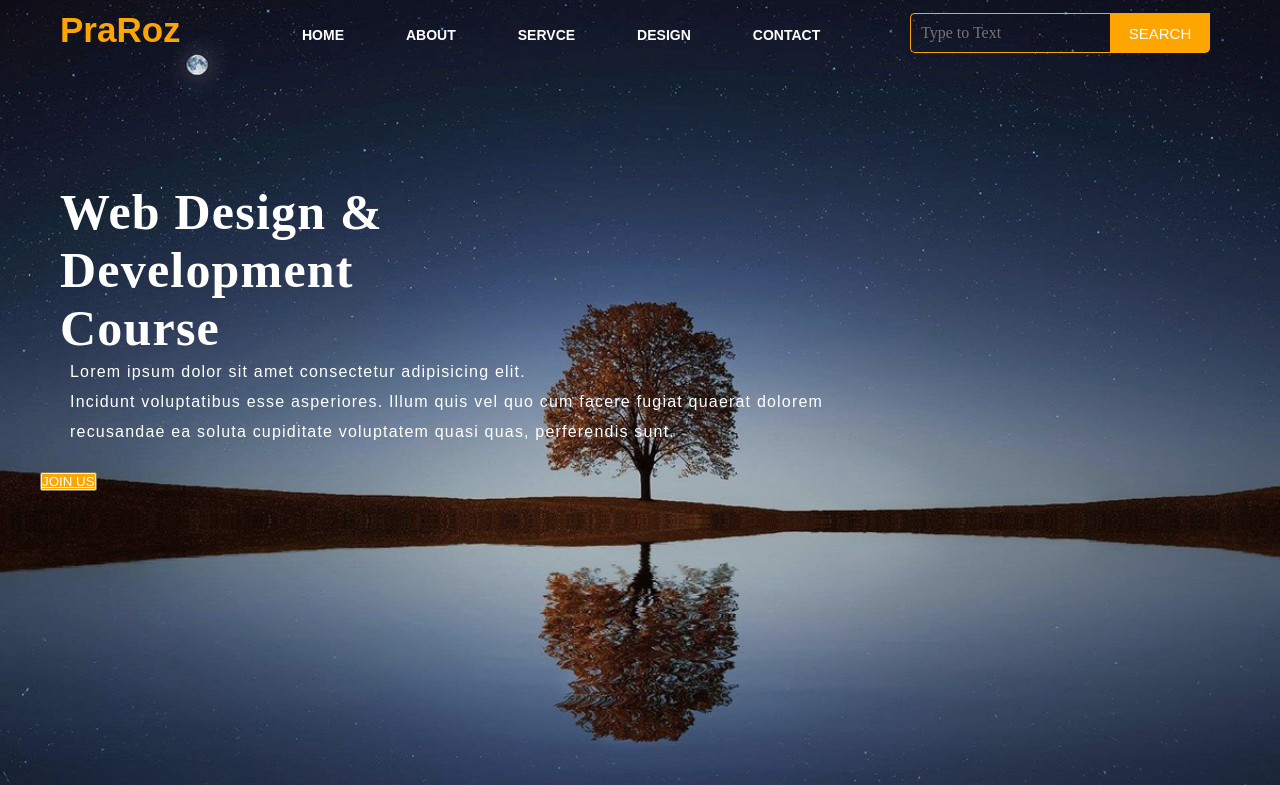
Repository: HuynhDuc23/project3
Page: index.html
These files come from the project's save history. The page is drawn as it stood at one moment and after the next save; the edit follows.
The browser window is 1280 px wide. The pictures show the whole page.

Above is the page before, as saved 2023-05-04 15:26:25.

After the next save:
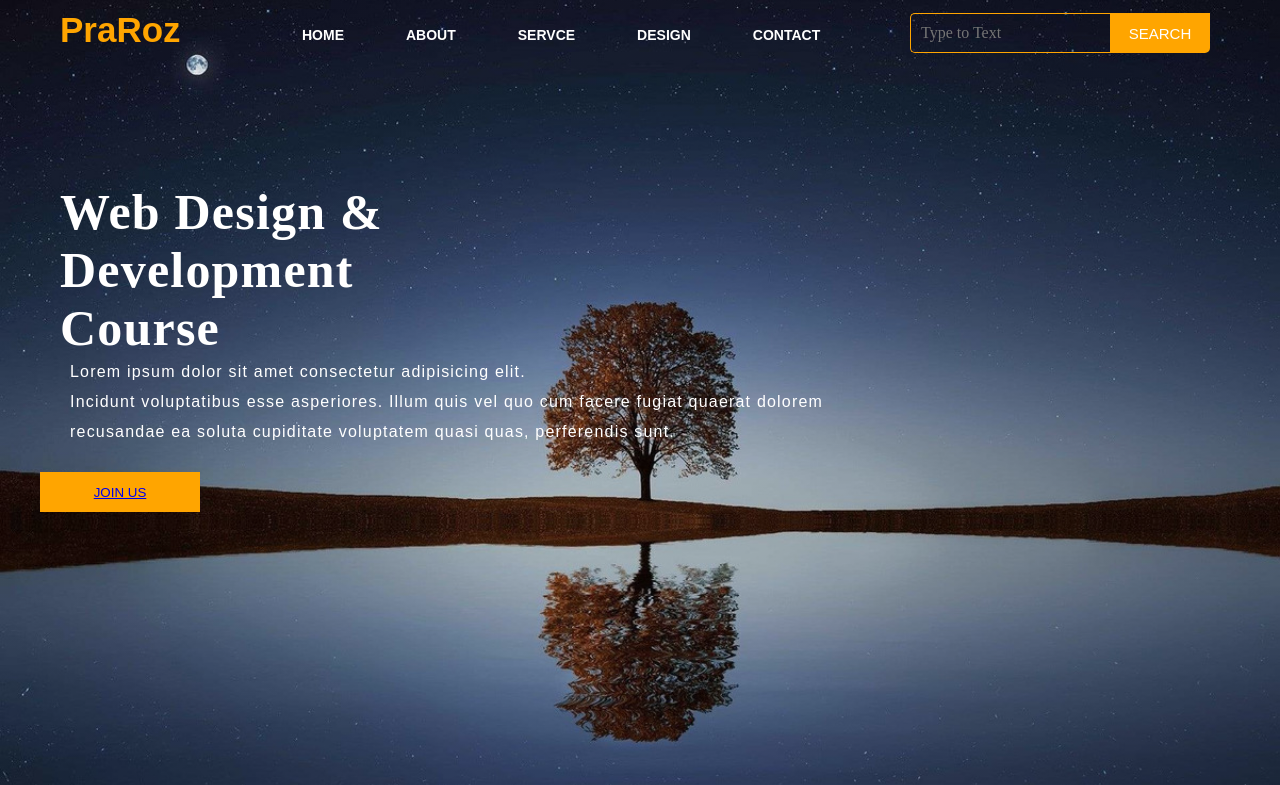
Saved 11 s later.
--- a/index.html
+++ b/index.html
@@ -32,7 +32,7 @@
             <p class="para">Lorem ipsum dolor sit amet consectetur adipisicing elit. <br> Incidunt voluptatibus esse asperiores. Illum quis vel quo cum facere fugiat quaerat dolorem <br> recusandae ea soluta cupiditate voluptatem quasi quas, perferendis sunt.</p>
 
 
-            <button ><a class="cn" href="#">JOIN US</a></button>
+            <button class="cn" ><a  href="#">JOIN US</a></button>
         </div>
     </div>
 </body>
